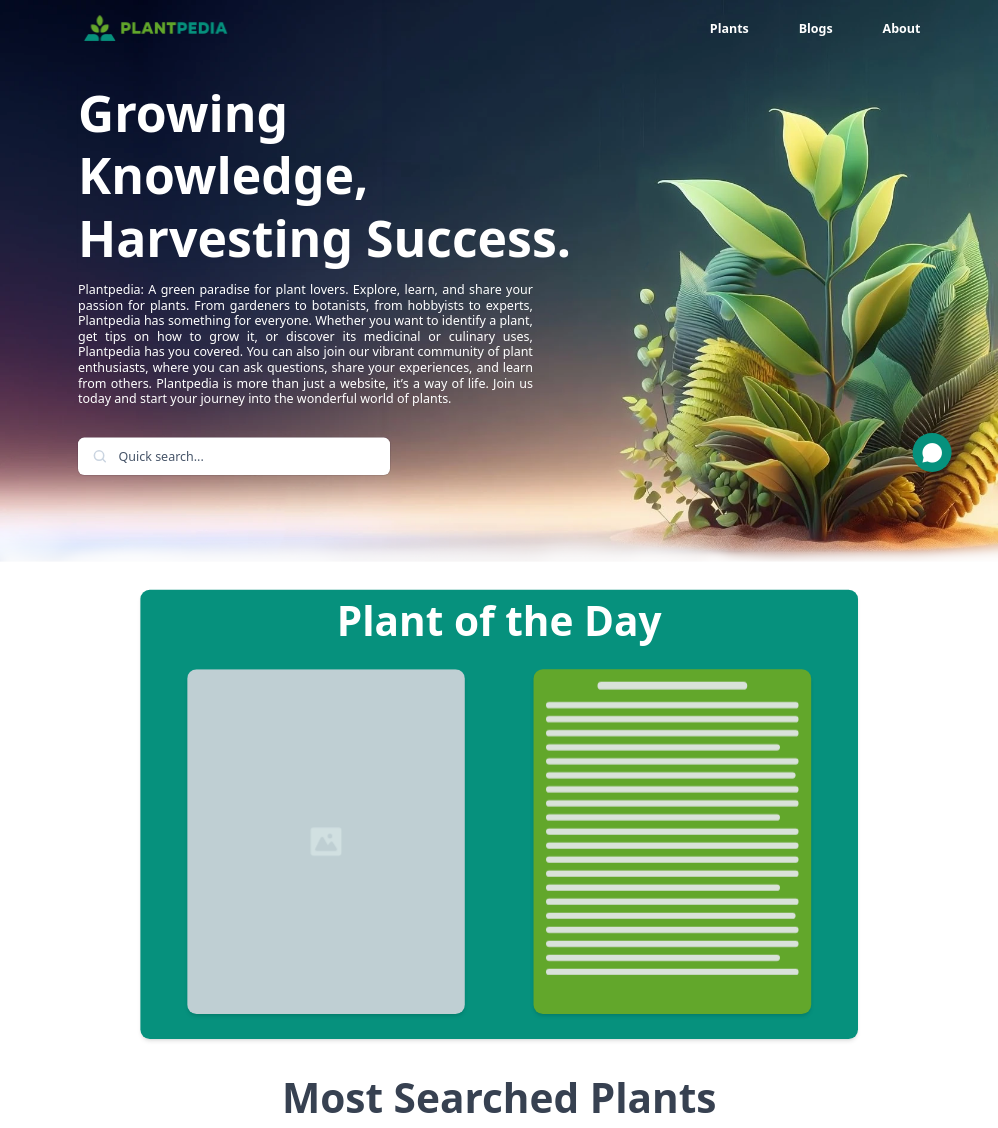
Repository: silham/PlantPedia
Page: /test/home
An editor plug-in stored every save of this project. The page is shown before and after the next save, followed by the edit.
The browser window is 1280 px wide. The pictures show the whole page, at 78% of full size.
The page's requests for data from a server got no answer. The project was rebuilt for these pictures with package versions that can differ from the ones it lists, and the page was loaded fresh each time. The framework's server and built-in components were replaced by stand-ins that run in the browser. No one was signed in, and anything a server would have sent is missing. Also part of the build but not shown: next.config.js, app/components/SearchBox.css, app/test/Chat/style.css, app/utils/Formatter.ts.

Above is the page before, as saved 2023-10-16 14:42:46.

### app/layout.tsx
import "./globals.css";
import "remixicon/fonts/remixicon.css";
import type { Metadata } from "next";

export const metadata: Metadata = {
  title: "Plantpedia",
  description: "Growing knowledge, harvesting success",
};

export default function RootLayout({
  children,
}: {
  children: React.ReactNode;
}) {
  return (
    <html lang="en">
      <head>
        <meta
          name="format-detection"
          content="telephone=no, date=no, email=no, address=no"
        />
      </head>
      <body>{children}</body>
    </html>
  );
}

### app/test/home/page.tsx
import Image from "next/image";
import Link from "next/link";
import "./styles.css";
import { MainSearchBtn, SideSearchBtn } from "./SearchBtns";
import PlantOfDay from "./PlantOfDay";
import Chat from "../Chat/Chat";
import TrendingTopics from "./TrendingTopics";

const Home = () => {
  return (
    <>
      <section className="h-[100vh] w-[100vw] px-[100px] hero bg-cover text-white">
        <header className="h-[10vh] w-full flex justify-between py-2 items-center">
          <div className="h-full flex items-center justify-center">
            <Image src="/plantpedia.png" width={200} height={90} alt="logo" />
          </div>
          <nav className="flex justify-between text-[16px] font-semibold text-white w-[25%]">
            <Link href="/plants">Plants</Link>
            <Link href="/blogs">Blogs</Link>
            <Link href="/about#">About</Link>
          </nav>
        </header>
        <div className="w-[60%] h-full">
          <div className="flex flex-col justify-center h-full">
            <h2 className="text-[64px] font-extrabold leading-tight shadow-sm mb-4 -mt-[150px]">
              Growing Knowledge,
              <br />
              Harvesting Success.
            </h2>
            <h4 className="text-[16px] text-justify leading-tight w-[90%] mb-10">
              Plantpedia: A green paradise for plant lovers. Explore, learn, and
              share your passion for plants. From gardeners to botanists, from
              hobbyists to experts, Plantpedia has something for everyone.
              Whether you want to identify a plant, get tips on how to grow it,
              or discover its medicinal or culinary uses, Plantpedia has you
              covered. You can also join our vibrant community of plant
              enthusiasts, where you can ask questions, share your experiences,
              and learn from others. Plantpedia is more than just a website,
              it’s a way of life. Join us today and start your journey into the
              wonderful world of plants.
            </h4>
            <MainSearchBtn />
          </div>
        </div>
      </section>

      <section className="w-[100vw] px-[180px]">
        <PlantOfDay />
      </section>

      <section className="w-[100vw] px-[100px]">
        <TrendingTopics />
      </section>
      <SideSearchBtn />
      <Chat />
    </>
  );
};

export default Home;

### app/globals.css
@import url("https://fonts.googleapis.com/css2?family=Inter:wght@400;500;600&family=Poppins:wght@400;500;600&display=swap");
@tailwind base;
@tailwind components;
@tailwind utilities;

body {
  padding: 0;
  margin: 0;
  max-width: 100vw;
  overflow-x: hidden;
}

@layer utilities {
  .animation-delay-200 {
    animation-delay: 0.2s;
  }
  .animation-delay-400 {
    animation-delay: 0.4s;
  }
}

.circle {
  @apply w-2 h-2 mx-1 mb-0.5 mt-1 bg-gray-500 rounded-full;
}

### app/test/home/styles.css
.hero {
  background-image: url("/hero-bg.png");
}

.animate-sideSearchBtn-in {
  animation: animation-search-in 500ms ease-in forwards;
}

@keyframes animation-search-in {
  0% {
    opacity: 0;
    right: 0;
  }
  100% {
    opacity: 1;
    right: 60px;
  }
}

.animate-sideSearchBtn-out {
  animation: animation-search-out 500ms ease-out forwards;
}

@keyframes animation-search-out {
  0% {
    opacity: 1;
    right: 60px;
  }
  100% {
    opacity: 0;
    right: 0;
  }
}

### app/test/home/SearchBtns.tsx
"use client";
import SearchBox from "@/app/components/SearchBox";
import { useEffect, useRef } from "react";
import "./styles.css";

export const MainSearchBtn: React.FC = () => {
  const overlayRef = useRef<HTMLDivElement>(null);

  // This function is called when the "Start Searching" button gets clicked
  const openSearch = () => {
    if (overlayRef.current) {
      overlayRef.current.style.width = "100%";
    }
  };

  // This function is called when the "Close" button is clicked
  const closeSearch = () => {
    if (overlayRef.current) {
      overlayRef.current.style.width = "0%";
    }
  };
  return (
    <>
      <div>
        <button
          onClick={openSearch}
          type="button"
          className="hidden sm:flex items-center w-[400px] text-left space-x-3 px-4 h-12 bg-white ring-1 ring-slate-900/10 hover:ring-slate-300 focus:outline-none focus:ring-2 focus:ring-sky-500 shadow-sm rounded-lg text-slate-600"
        >
          <svg
            width="24"
            height="24"
            fill="none"
            stroke="currentColor"
            strokeWidth="2"
            strokeLinecap="round"
            strokeLinejoin="round"
            className="flex-none text-slate-300 dark:text-slate-400"
            aria-hidden="true"
          >
            <path d="m19 19-3.5-3.5"></path>
            <circle cx="11" cy="11" r="6"></circle>
          </svg>
          <span className="flex-auto">Quick search...</span>
        </button>
      </div>
      {/* The search overlay */}
      <div
        ref={overlayRef}
        className="flex h-[100vh] max-h-[100vh] w-0 fixed top-0 left-0 bg-black bg-opacity-90 duration-500 overflow-hidden z-10 "
      >
        <button
          className="absolute top-[20px] right-10 text-[60px] border-none bg-transparent cursor-pointer text-white"
          onClick={closeSearch}
        >
          &times;
        </button>
        <div className="relative top-[15%] w-full text-center mt-[30px] ">
          <SearchBox
            props={{
              n: 8,
              content: "",
              className:
                "relative w-[88%] flex justify-between items-center mx-[80px] rounded-full bg-[#EEF5B1] text-black",
              classNameUl:
                "absolute top-full left-0 right-0 z-10 bg-[#EEF5B1] rounded-lg shadow-lg overflow-hidden mt-[3px]",
              classNameLi: "border-b-[1px] border-gray-400",
              classNameLink:
                "px-4 py-2 hover:bg-gray-400 transition-colors flex flex-row justify-between items-center",
            }}
          />
        </div>
      </div>
    </>
  );
};

export const SideSearchBtn: React.FC = () => {
  const overlayRef = useRef<HTMLDivElement>(null);

  // This function is called when the "Start Searching" button gets clicked
  const openSearch = () => {
    if (overlayRef.current) {
      overlayRef.current.style.width = "100%";
    }
  };

  // This function is called when the "Close" button is clicked
  const closeSearch = () => {
    if (overlayRef.current) {
      overlayRef.current.style.width = "0%";
    }
  };
  useEffect(() => {
    const handleScroll = () => {
      const sideSearchBtn = document.getElementById("sideSearchBtn");
      var vh = window.innerHeight;
      var scrollHeight = window.scrollY;
      if (
        scrollHeight < vh * 0.2 &&
        sideSearchBtn?.classList.contains("animate-sideSearchBtn-in")
      ) {
        sideSearchBtn.classList.remove("animate-sideSearchBtn-in");
        sideSearchBtn.classList.add("animate-sideSearchBtn-out");
      }
      if (scrollHeight >= vh * 0.2) {
        sideSearchBtn?.classList.remove("animate-sideSearchBtn-out");
        sideSearchBtn?.classList.add("animate-sideSearchBtn-in");
      }
    };

    window.addEventListener("scroll", handleScroll);

    // Cleanup function to remove the event listener
    return () => {
      window.removeEventListener("scroll", handleScroll);
    };
  }, []); // Empty dependency array means this effect runs once on mount and cleanup on unmount

  return (
    <>
      <div
        id="sideSearchBtn"
        className="fixed bottom-[50px] right-0 opacity-0 rounded-full bg-custom-blue-green shadow-xl w-[50px] h-[50px] flex items-center justify-center cursor-pointer"
        onClick={openSearch}
      >
        <i className="text-[24px] text-white ri-search-2-line"></i>
      </div>
      {/* The search overlay */}
      <div
        ref={overlayRef}
        className="flex h-[100vh] max-h-[100vh] w-0 fixed top-0 left-0 bg-black bg-opacity-90 duration-500 overflow-hidden z-10 "
      >
        <button
          className="absolute top-[20px] right-10 text-[60px] border-none bg-transparent cursor-pointer text-white"
          onClick={closeSearch}
        >
          &times;
        </button>
        <div className="relative top-[15%] w-full text-center mt-[30px] ">
          <SearchBox
            props={{
              n: 8,
              content: "",
              className:
                "relative w-[88%] flex justify-between items-center mx-[80px] rounded-full bg-[#EEF5B1] text-black",
              classNameUl:
                "absolute top-full left-0 right-0 z-10 bg-[#EEF5B1] rounded-lg shadow-lg overflow-hidden mt-[3px]",
              classNameLi: "border-b-[1px] border-gray-400",
              classNameLink:
                "px-4 py-2 hover:bg-gray-400 transition-colors flex flex-row justify-between items-center",
            }}
          />
        </div>
      </div>
    </>
  );
};

### app/test/home/PlantOfDay.tsx
"use client";
import { useEffect, useState, useRef } from "react";
import Image from "next/image";
import TextShorter from "@/app/utils/TextShorter";
import Link from "next/link";
import UrlGen from "@/app/utils/SlugGen";

const PlantOfDay = () => {
  const isInitialized = useRef<boolean>(false); // todo : Remove at production
  const [Pod, setPod] = useState({
    id: 0,
    plantsId: "",
    plant: {
      common_name: "",
      scientific_name: "",
      img: "",
      description: "",
    },
  });
  const [imgWH, setImgWH] = useState([0, 0]);
  useEffect(() => {
    if (!isInitialized.current) {
      const fetchPod = async () => {
        try {
          const res = await fetch(`http://localhost:3000/api/pod`);
          const data = await res.json();
          setPod(data);
        } catch (error) {
          console.log(error);
        }
      };
      fetchPod();
      if (typeof window !== "undefined") {
        const vw = window.innerWidth;
        const vh = window.innerHeight;
        const imgWidth = Math.floor((vw - 232) * 0.4);
        const imgHeight = Math.floor(vh * 0.8 - 48);
        setImgWH([imgWidth, imgHeight]);
      }
      isInitialized.current = true;
    }
  }, []);

  return (
    <div className="flex rounded-xl bg-custom-blue-green w-full h-[80vh] my-[5vh] flex-col shadow-md">
      <div className="w-full h-[15%] flex justify-center">
        <h3 className="text-[52px] text-white font-black">Plant of the Day</h3>
      </div>
      <div className="w-[full] h-[85%] flex items-center pt-4 pb-8 px-4 justify-around">
        {Pod.plant.common_name != "" ? (
          <>
            <div
              className="h-full w-[40%] bg-amber-800 rounded-xl overflow-hidden object-contain shadow-md"
              id="pod_imageContainer"
            >
              {imgWH[0] ? (
                <Image
                  src={`https://ik.imagekit.io/shakil/agro_finder/tr:w-${imgWH[0]},h-${imgWH[1]}/${Pod.plant.img}`}
                  width={imgWH[0]}
                  height={imgWH[1]}
                  alt={Pod.plant.common_name}
                />
              ) : null}
            </div>
            <div className="h-full w-[40%] bg-custom-green rounded-xl flex items-center flex-col p-4 shadow-md">
              <h4 className="text-white text-[36px] font-bold leading-snug">
                {TextShorter(Pod.plant.common_name, 20)}
              </h4>
              <h5 className="text-white text-[24px] italic font-semibold mb-2">
                {Pod.plant.scientific_name}
              </h5>
              <div className="bg-white text-[16px] w-full flex-grow rounded-md p-2 text-justify">
                {TextShorter(Pod.plant.description, 350)}
              </div>
              <Link href={UrlGen("plants", Pod.plant.scientific_name)}>
                <button className="bg-custom-blue-green text-white text-[16px] font-semibold mt-4 py-2 px-4 rounded-md">
                  Learn more...
                </button>
              </Link>
            </div>
          </>
        ) : (
          <>
            <div
              className="h-full w-[40%] bg-transparent rounded-xl overflow-hidden object-contain shadow-md"
              id="pod_imageContainer"
            >
              <div
                role="status"
                className="flex items-center justify-center h-full w-full bg-gray-300 animate-pulse dark:bg-gray-700"
              >
                <svg
                  className="w-10 h-10 text-gray-200 dark:text-gray-600"
                  aria-hidden="true"
                  xmlns="http://www.w3.org/2000/svg"
                  fill="currentColor"
                  viewBox="0 0 20 18"
                >
                  <path d="M18 0H2a2 2 0 0 0-2 2v14a2 2 0 0 0 2 2h16a2 2 0 0 0 2-2V2a2 2 0 0 0-2-2Zm-5.5 4a1.5 1.5 0 1 1 0 3 1.5 1.5 0 0 1 0-3Zm4.376 10.481A1 1 0 0 1 16 15H4a1 1 0 0 1-.895-1.447l3.5-7A1 1 0 0 1 7.468 6a.965.965 0 0 1 .9.5l2.775 4.757 1.546-1.887a1 1 0 0 1 1.618.1l2.541 4a1 1 0 0 1 .028 1.011Z" />
                </svg>
                <span className="sr-only">Loading...</span>
              </div>
            </div>
            <div className="h-full w-[40%] bg-custom-green rounded-xl flex items-center flex-col p-4 shadow-md">
              <div role="status" className="w-full animate-pulse">
                <div className="w-full h-4 flex justify-center mb-2.5">
                  <div className="h-2.5 bg-gray-200 rounded-full dark:bg-gray-700 w-48 mb-4"></div>
                </div>
                <div className="h-2 bg-gray-200 rounded-full dark:bg-gray-700 max-w-[360px] mb-2.5"></div>
                <div className="h-2 bg-gray-200 rounded-full dark:bg-gray-700 mb-2.5"></div>
                <div className="h-2 bg-gray-200 rounded-full dark:bg-gray-700 max-w-[330px] mb-2.5"></div>
                <div className="h-2 bg-gray-200 rounded-full dark:bg-gray-700 max-w-[300px] mb-2.5"></div>
                <div className="h-2 bg-gray-200 rounded-full dark:bg-gray-700 max-w-[360px] mb-2.5"></div>
                <div className="h-2 bg-gray-200 rounded-full dark:bg-gray-700 max-w-[320px] mb-2.5"></div>
                <div className="h-2 bg-gray-200 rounded-full dark:bg-gray-700 mb-2.5"></div>
                <div className="h-2 bg-gray-200 rounded-full dark:bg-gray-700 max-w-[330px] mb-2.5"></div>
                <div className="h-2 bg-gray-200 rounded-full dark:bg-gray-700 max-w-[300px] mb-2.5"></div>
                <div className="h-2 bg-gray-200 rounded-full dark:bg-gray-700 max-w-[360px] mb-2.5"></div>
                <div className="h-2 bg-gray-200 rounded-full dark:bg-gray-700 max-w-[360px] mb-2.5"></div>
                <div className="h-2 bg-gray-200 rounded-full dark:bg-gray-700 mb-2.5"></div>
                <div className="h-2 bg-gray-200 rounded-full dark:bg-gray-700 max-w-[330px] mb-2.5"></div>
                <div className="h-2 bg-gray-200 rounded-full dark:bg-gray-700 max-w-[300px] mb-2.5"></div>
                <div className="h-2 bg-gray-200 rounded-full dark:bg-gray-700 max-w-[360px] mb-2.5"></div>
                <div className="h-2 bg-gray-200 rounded-full dark:bg-gray-700 max-w-[320px] mb-2.5"></div>
                <div className="h-2 bg-gray-200 rounded-full dark:bg-gray-700 mb-2.5"></div>
                <div className="h-2 bg-gray-200 rounded-full dark:bg-gray-700 max-w-[330px] mb-2.5"></div>
                <div className="h-2 bg-gray-200 rounded-full dark:bg-gray-700 max-w-[300px] mb-2.5"></div>
                <div className="h-2 bg-gray-200 rounded-full dark:bg-gray-700 max-w-[360px]"></div>
                <span className="sr-only">Loading...</span>
              </div>
            </div>
          </>
        )}
      </div>
    </div>
  );
};

export default PlantOfDay;

### app/test/home/TrendingTopics.tsx
import React from "react";

const TrendingTopics = () => {
  return (
    <div className="flex w-full">
      <div className="w-full flex justify-center h-[15%]">
        <h3 className="text-[52px] text-gray-700 font-black">
          Most Searched Plants
        </h3>
      </div>
    </div>
  );
};

export default TrendingTopics;

### app/components/SearchBox.tsx
"use client";
import Link from "next/link";
import { useEffect, useRef, useState } from "react";
import "./SearchBox.css";
import UrlGen from "../utils/SlugGen";

interface Props {
  props: {
    content: string;
    className: string;
    classNameUl: string;
    classNameLi: string;
    classNameLink: string;
    n: number;
  };
}

function SearchBox({ props }: Props) {
  const [searchTerm, setSearchTerm] = useState("");
  const [results, setResults] = useState([
    {
      id: "",
      common_name: "",
      scientific_name: "",
      type: "",
    },
  ]);
  const [isFocused, setIsFocused] = useState(false);
  const containerRef = useRef<HTMLDivElement>(null);
  const searchRef = useRef<HTMLInputElement>(null);

  let type = "";
  let term = "";
  const handleChange = async () => {
    if (searchRef.current !== null) {
      term = searchRef.current.value;
    }
    setSearchTerm(term);
    if (term.length > 0) {
      try {
        const res = await fetch(
          `http://localhost:3000/api/searchbar?q=${term}&type=${type}`
        );
        const data = await res.json();
        console.log(data);
        setResults(data);
        console.log(results);
      } catch (error) {
        console.log(error);
      }
    }
  };

  const clearSearch = () => {
    if (searchRef.current !== null) {
      searchRef.current.value = "";
    }

    setSearchTerm("");
    handleChange();
  };

  const handleFocus = () => {
    setIsFocused(true);
  };

  const handleBlur = () => {
    setTimeout(() => {
      setIsFocused(false);
    }, 500);
  };

  const handleClickOutside = (event: MouseEvent) => {
    if (
      containerRef.current &&
      !containerRef.current.contains(event.target as Node)
    ) {
      setIsFocused(false);
    }
  };

  useEffect(() => {
    document.addEventListener("mousedown", handleClickOutside);
    return () => {
      document.removeEventListener("mousedown", handleClickOutside);
    };
  }, []);

  useEffect(() => {
    if (searchRef.current) {
      searchRef.current.value = props.content;
      setSearchTerm(props.content);
    }
  }, []);

  return (
    <div className={props.className} ref={containerRef}>
      <input
        type="text"
        spellCheck="false"
        placeholder="Search for plants, plant disease & solutions and blogs..."
        className="w-[95%] h-[40px] focus:outline-none px-[15px] bg-transparent"
        maxLength={200}
        value={searchTerm}
        onChange={handleChange}
        id="searchBar"
        onFocus={handleFocus}
        onBlur={handleBlur}
        ref={searchRef}
        autoComplete="off"
        autoFocus
      />
      <div
        className="bg-black w-[32px] h-[32px] rounded-full mr-[4px] flex justify-center items-center cursor-pointer"
        onClick={clearSearch}
      >
        <i
          className={`text-[22px] text-white ${
            searchTerm ? "ri-close-line" : "ri-search-2-line"
          }`}
        ></i>
      </div>
      {searchTerm && isFocused && (
        <ul className={props.classNameUl}>
          <li className={props.classNameLi}>
            <Link
              href={`/api/search?q=${searchTerm}`}
              className={props.classNameLink}
            >
              {searchTerm}
            </Link>
          </li>
          {results[0].id != "" &&
            results.slice(0, props.n).map(
              (
                result: {
                  id: string;
                  type: string;
                  common_name: string;
                  scientific_name: string;
                },
                index
              ) => (
                <li key={index} className={props.classNameLi}>
                  <Link
                    href={UrlGen(
                      result.type.toLowerCase(),
                      result.scientific_name
                    )}
                    className={props.classNameLink}
                  >
                    <div className="flex">
                      <h4 className="font-semibold">{result.common_name}</h4>
                      <h5 className="text-gray-700 italic">
                        &nbsp;&#40;{result.scientific_name}&#41;
                      </h5>
                    </div>
                    <div
                      className={`rounded-full px-[7px] text-[12px] capitalize ${
                        result.type == "PLANTS"
                          ? "bg-green-400"
                          : result.type == "PESTS"
                          ? "bg-red-400"
                          : result.type == "BLIGHTS"
                          ? "bg-red-400"
                          : result.type == "PESTICIDES"
                          ? "bg-yellow-400"
                          : "bg-blue-400"
                      }`}
                    >
                      {result.type.toLowerCase()}
                    </div>
                  </Link>
                </li>
              )
            )}
        </ul>
      )}
    </div>
  );
}

export default SearchBox;

### app/utils/TextShorter.tsx
const TextShorter = (text: string, letters: number) => {
  if (text.length > letters) {
    return text.slice(0, letters - 2) + "...";
  } else {
    return text;
  }
};

export default TextShorter;

### app/utils/SlugGen.ts
const UrlGen = (type: string,scientific_name: string) => {
    let slug = scientific_name.replace(/ /g, "-").toLowerCase();
    let url = "/" + type.toLowerCase() + "/" + slug
    return url
}

export default UrlGen

### tailwind.config.ts
import type { Config } from 'tailwindcss'

const config: Config = {
  content: [
    './pages/**/*.{js,ts,jsx,tsx,mdx}',
    './components/**/*.{js,ts,jsx,tsx,mdx}',
    './app/**/*.{js,ts,jsx,tsx,mdx}',
  ],
  theme: {
    extend: {
      backgroundImage: {
        'gradient-radial': 'radial-gradient(var(--tw-gradient-stops))',
        'gradient-conic':
          'conic-gradient(from 180deg at 50% 50%, var(--tw-gradient-stops))',
      },
      colors:{
        'custom-green': '#62A72B',
        'custom-blue-green': '#06917D',
      },
      animation: {
        loader: 'loader 0.6s infinite alternate'
      },
      keyframes: {
        loader: {
          to: {
            opacity: "0.1",
            transform: 'translate3d(0, -0.3rem, 0)'
          }
        }
      }
    },
  },
  plugins: [],
}
export default config

Loaded but not shown: app/test/Chat/Chat.tsx (199 lines, source omitted)

After the next save:
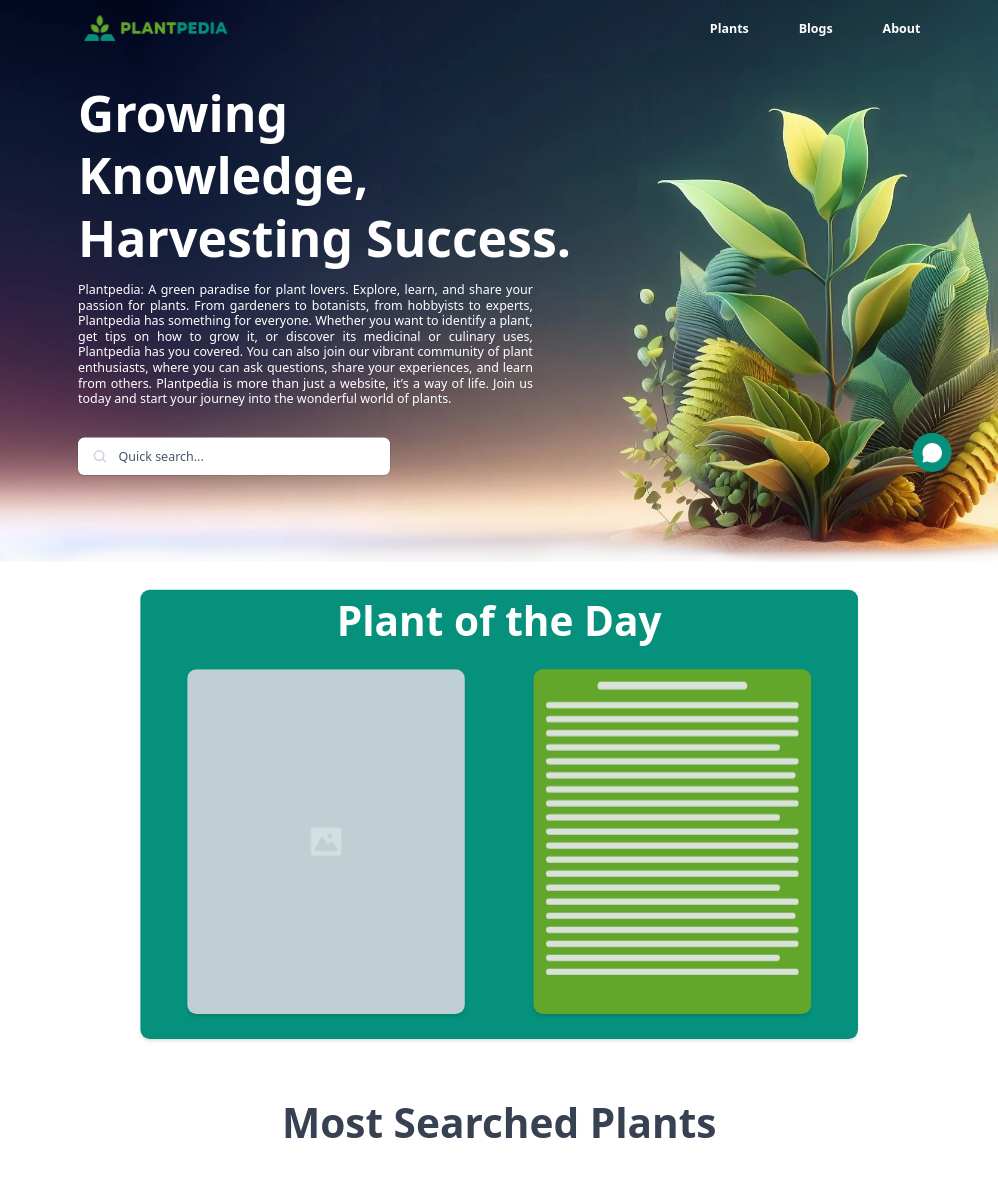
Saved 40 s later.
--- a/app/test/home/TrendingTopics.tsx
+++ b/app/test/home/TrendingTopics.tsx
@@ -2,7 +2,7 @@ import React from "react";
 
 const TrendingTopics = () => {
   return (
-    <div className="flex w-full">
+    <div className="flex w-full py-8">
       <div className="w-full flex justify-center h-[15%]">
         <h3 className="text-[52px] text-gray-700 font-black">
           Most Searched Plants
